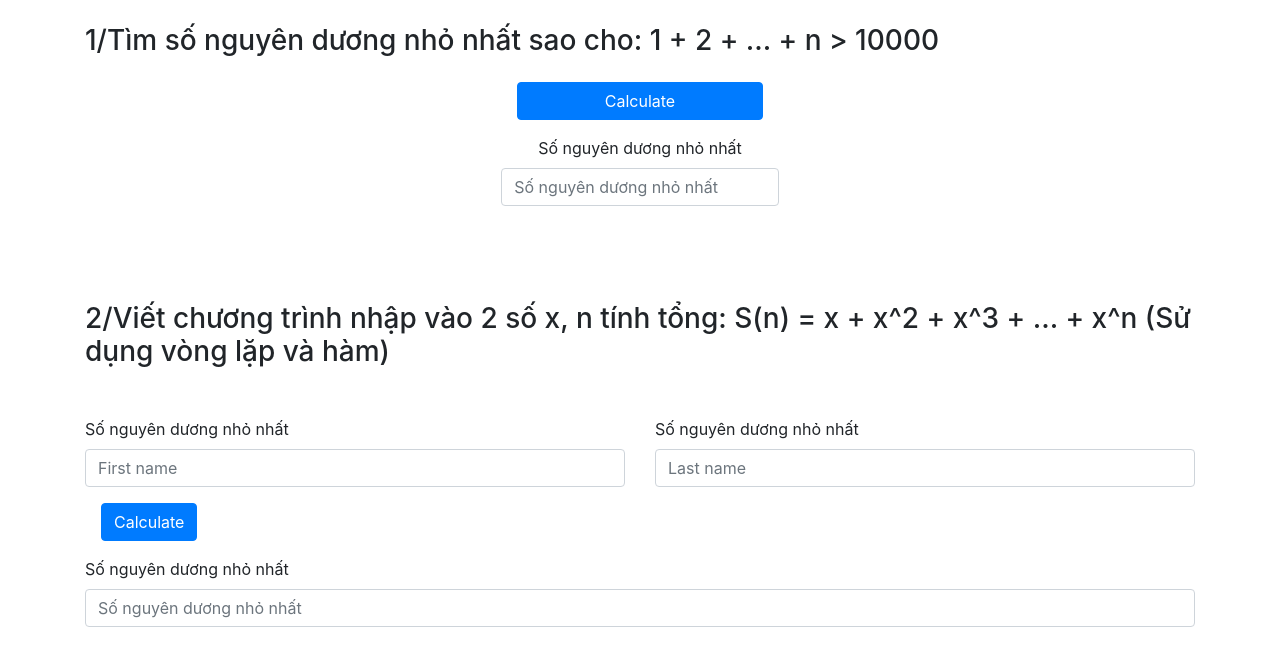
Repository: baobaodeveloper/bootcamp21__loop__HuynhAnhBao
Page: index.html
The author's editor kept a copy of each file at every save. The page is drawn from the files as they stood at one save, then again after the next save.
The browser window is 1280 px wide. The pictures show the whole page.

Above is the page before, as saved 2022-03-16 23:09:38.

### index.html
<!DOCTYPE html>
<html lang="en">
  <head>
    <title>Exercise Js</title>
    <!-- Required meta tags -->
    <meta charset="utf-8" />
    <meta
      name="viewport"
      content="width=device-width, initial-scale=1, shrink-to-fit=no"
    />

    <!-- Bootstrap CSS -->
    <link
      rel="stylesheet"
      href="https://stackpath.bootstrapcdn.com/bootstrap/4.3.1/css/bootstrap.min.css"
      integrity="sha384-ggOyR0iXCbMQv3Xipma34MD+dH/1fQ784/j6cY/iJTQUOhcWr7x9JvoRxT2MZw1T"
      crossorigin="anonymous"
    />
  </head>
  <body>
    <!--1/Tìm số nguyên dương nhỏ nhất sao cho:
    1 + 2 + … + n > 10000-->
    <div class="container mt-4">
      <h3>1/Tìm số nguyên dương nhỏ nhất sao cho: 1 + 2 + … + n > 10000</h3>
      <div class="mb-3 flex-md-column d-flex w-25 m-auto text-center">
        <button type="button" id="min-number" class="btn btn-primary m-3">
          Calculate
        </button>
        <label class="form-label">Số nguyên dương nhỏ nhất</label>
        <input
          type="email"
          class="form-control"
          id="result1"
          placeholder="Số nguyên dương nhỏ nhất"
        />
      </div>
    </div>

    <!--2/Viết chương trình nhập vào 2 số x, n tính tổng: S(n) = x + x^2 + x^3 + … + x^n (Sử
    dụng vòng lặp và hàm)-->
    <div class="container mt-5 pt-5">
      <h3>
        2/Viết chương trình nhập vào 2 số x, n tính tổng: S(n) = x + x^2 + x^3 +
        … + x^n (Sử dụng vòng lặp và hàm)
      </h3>
      <div class="row mt-5">
        <div class="col">
          <label class="form-label">Số nguyên dương nhỏ nhất</label>
          <input type="text" class="form-control" placeholder="First name" />
        </div>
        <div class="col">
          <label class="form-label">Số nguyên dương nhỏ nhất</label>
          <input type="text" class="form-control" placeholder="Last name" />
        </div>
      </div>

      <button type="button" id="min-number" class="btn btn-primary m-3">
        Calculate
      </button>

      <div>
        <label class="form-label">Số nguyên dương nhỏ nhất</label>
        <input
          type="email"
          class="form-control"
          id="result1"
          placeholder="Số nguyên dương nhỏ nhất"
        />
      </div>
    </div>

    <!-- Optional JavaScript -->
    <!-- jQuery first, then Popper.js, then Bootstrap JS -->
    <script
      src="https://code.jquery.com/jquery-3.3.1.slim.min.js"
      integrity="sha384-q8i/X+965DzO0rT7abK41JStQIAqVgRVzpbzo5smXKp4YfRvH+8abtTE1Pi6jizo"
      crossorigin="anonymous"
    ></script>
    <script
      src="https://cdnjs.cloudflare.com/ajax/libs/popper.js/1.14.7/umd/popper.min.js"
      integrity="sha384-UO2eT0CpHqdSJQ6hJty5KVphtPhzWj9WO1clHTMGa3JDZwrnQq4sF86dIHNDz0W1"
      crossorigin="anonymous"
    ></script>
    <script
      src="https://stackpath.bootstrapcdn.com/bootstrap/4.3.1/js/bootstrap.min.js"
      integrity="sha384-JjSmVgyd0p3pXB1rRibZUAYoIIy6OrQ6VrjIEaFf/nJGzIxFDsf4x0xIM+B07jRM"
      crossorigin="anonymous"
    ></script>

    <!-- <script src="exercise1.js"></script> -->
    <script src="exercise2.js"></script>
  </body>
</html>

Loaded but not shown: exercise2.js (no stored copy; drawn as an empty file)

After the next save:
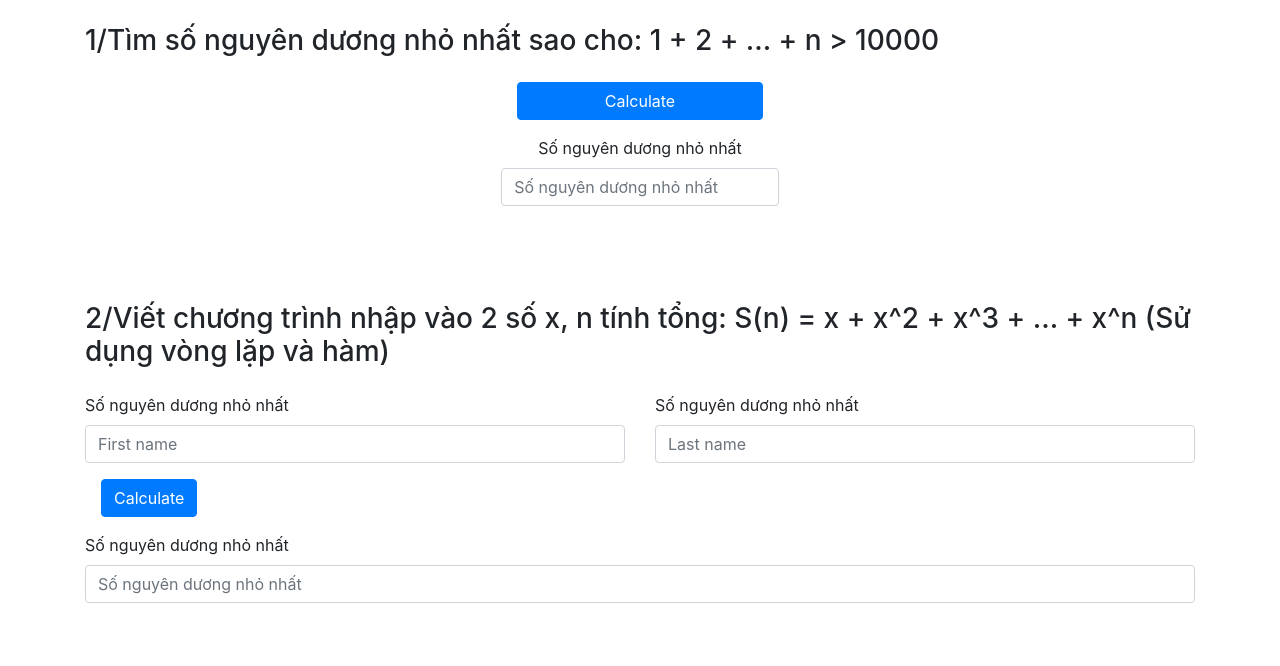
Saved 4 s later.
--- a/index.html
+++ b/index.html
@@ -43,7 +43,7 @@
         2/Viết chương trình nhập vào 2 số x, n tính tổng: S(n) = x + x^2 + x^3 +
         … + x^n (Sử dụng vòng lặp và hàm)
       </h3>
-      <div class="row mt-5">
+      <div class="row mt-4">
         <div class="col">
           <label class="form-label">Số nguyên dương nhỏ nhất</label>
           <input type="text" class="form-control" placeholder="First name" />
